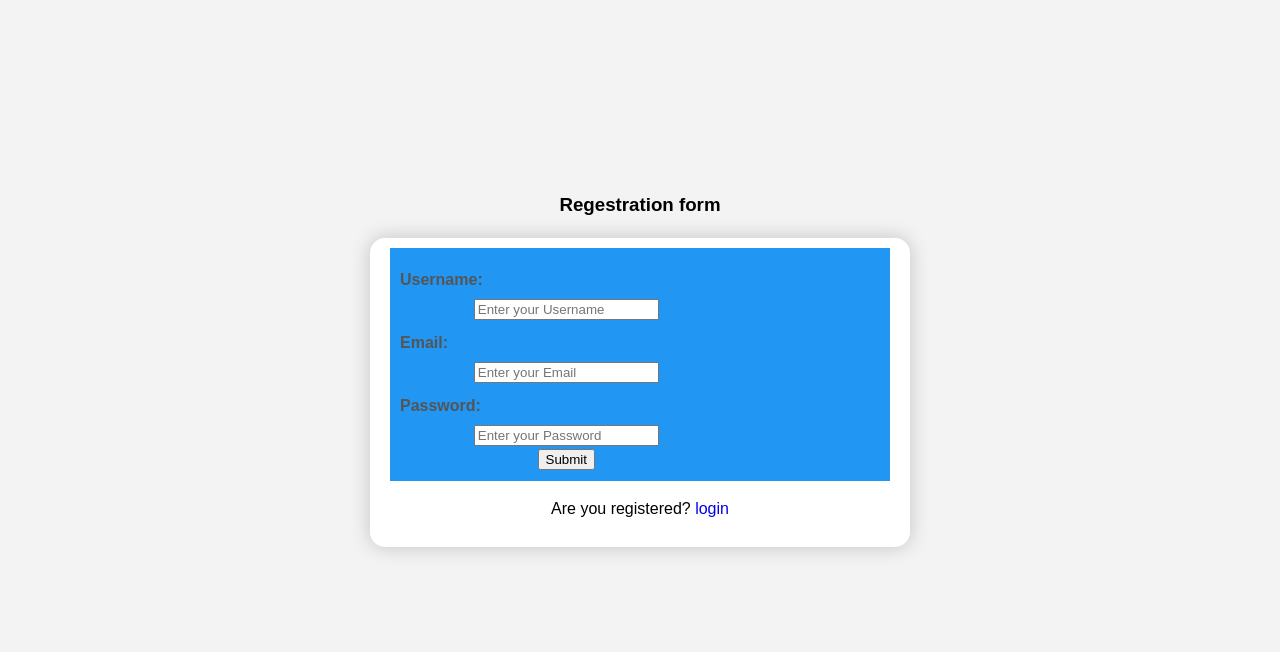
Repository: alizey12/Regestratin-Form-js
Page: regester.html
These files come from the project's save history. The page is drawn as it stood at one moment and after a run of saves; the edit follows.
The browser window is 1280 px wide. The pictures show the whole page.

Above is the page before, as saved 2024-11-29 13:42:21.

After the next 2 saves:
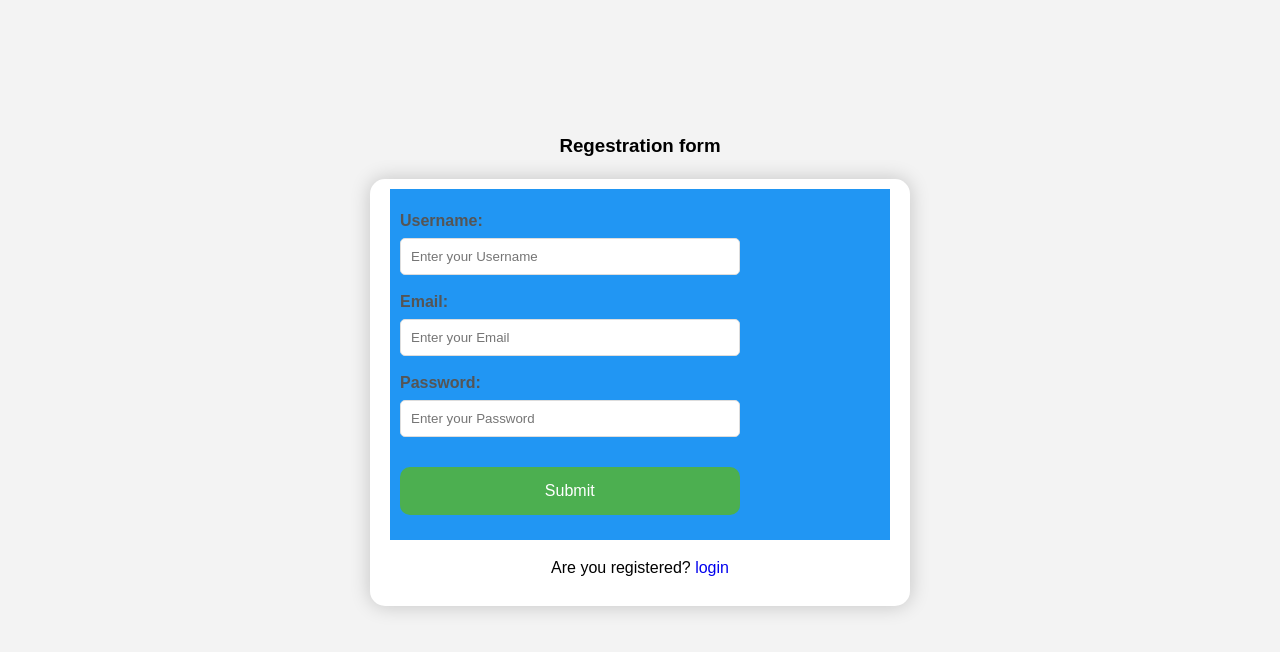
The 2 saves are shown as one change because they came seconds apart.
The last was saved 26 s later.
--- a/regester.css
+++ b/regester.css
@@ -34,6 +34,38 @@ label {
     color: #555;
     font-weight: bold;
 }
+
+input {
+    display: block;
+    width: 100%;
+    margin-bottom: 15px;
+    padding: 10px;
+    box-sizing: border-box;
+    border: 1px solid #ddd;
+    border-radius: 5px;
+}
+
+button {
+    padding: 15px;
+    border-radius: 10px;
+    margin-top: 15px;
+    margin-bottom: 15px;
+    border: none;
+    color: white;
+    cursor: pointer;
+    background-color: #4CAF50;
+    width: 100%;
+    font-size: 16px;
+}
+
+.wrap {
+    display: flex;
+    justify-content: center;
+    align-items: center;
+}
+
+
+
 .grid-container{
     display: grid;
     grid-template-columns: auto auto;
